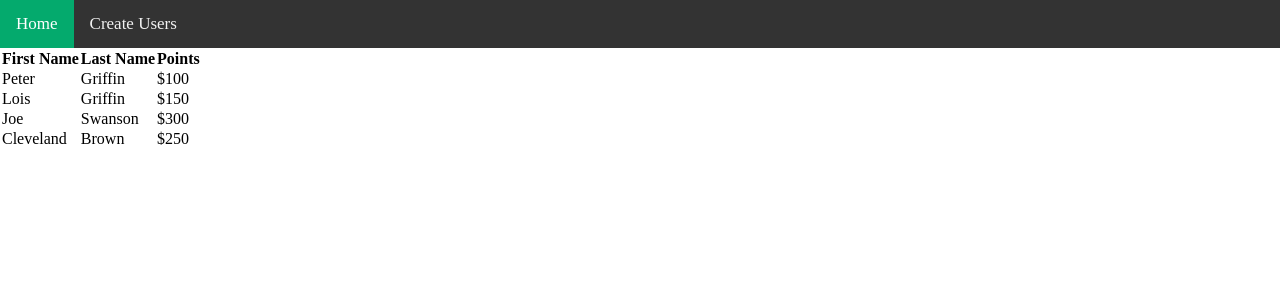
Repository: Ducbii4202/backend-Nodejs
Page: src/views/home.ejs
The author's editor kept a copy of each file at every save. The page is drawn from the files as they stood at one save, then again after the next save.
The browser window is 1280 px wide. The pictures show the whole page.
The page is served by the project's Node server (server.js). The template is opened directly, without the code that normally fills it, so the values that code supplies are empty.

Above is the page before, as saved 2024-07-01 22:38:22.

After the next save:
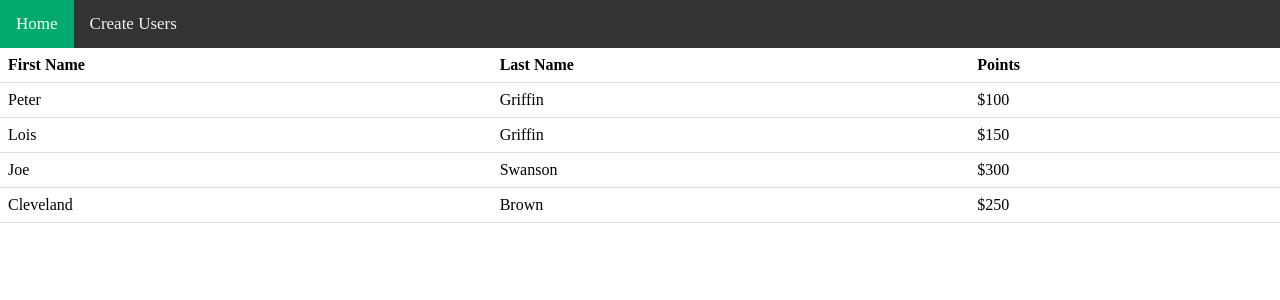
Saved 52 s later.
--- a/src/views/home.ejs
+++ b/src/views/home.ejs
@@ -7,6 +7,23 @@
   <link rel="stylesheet" href="/css/styles.css" />
 
 </head>
+<style>
+  table {
+    border-collapse: collapse;
+    width: 100%;
+  }
+
+  th,
+  td {
+    padding: 8px;
+    text-align: left;
+    border-bottom: 1px solid #ddd;
+  }
+
+  tr:hover {
+    background-color: coral;
+  }
+</style>
 
 <body>
   <div class="topnav">
